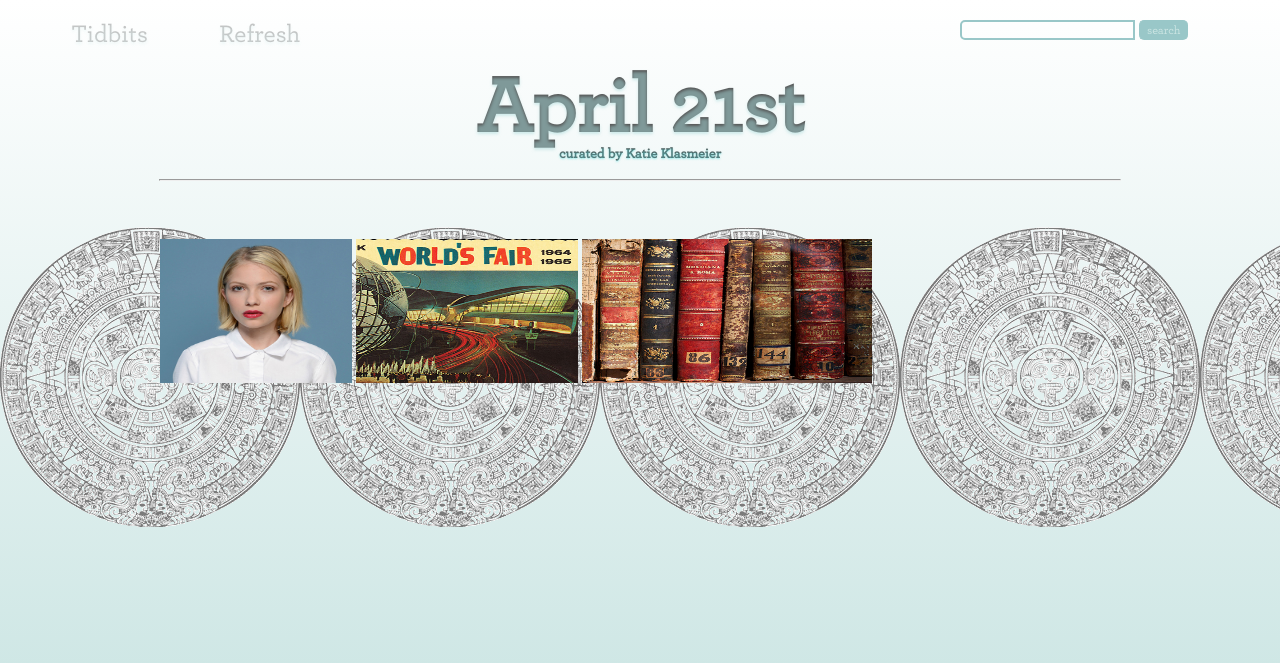
Repository: kklasmei/kklasmei.github.io
Page: tidbits/april21.html
The author's editor kept a record of every edit. The page is drawn from the files as they stood at one moment, then again after the next edit.
The browser window is 1280 px wide. The pictures show the whole page.

Above is the page before.

After the next edit:
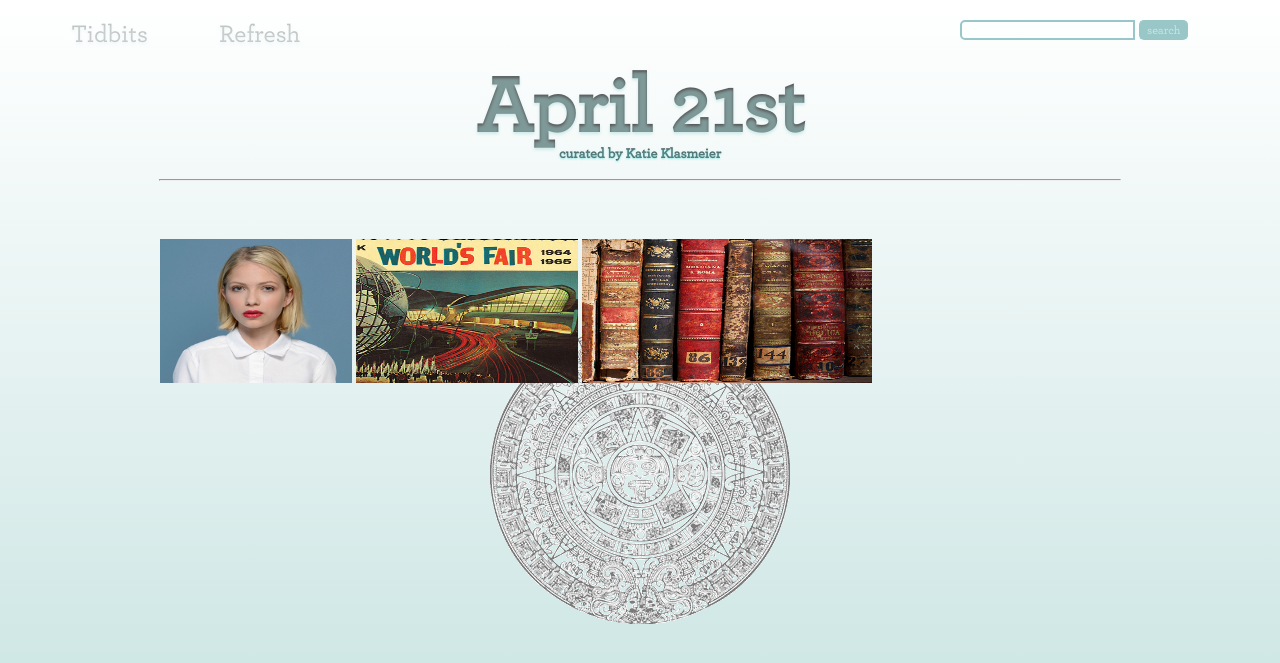
The edit:
--- a/tidbits/tidbits.css
+++ b/tidbits/tidbits.css
@@ -44,6 +44,9 @@
  background-image: url("imgs/mayan.gif"), no-repeat -webkit-gradient(linear, 0 0, 0 100%, from(#fff), to(#cbe5e3)) fixed center;
  background-image: url("imgs/mayan.gif"), -webkit-linear-gradient(#fff, #cbe5e3) fixed center;
  background-image: url("imgs/mayan.gif"), linear-gradient(#fff, #cbe5e3);
+    background-repeat: no-repeat, no-repeat, no-repeat;
+    background-position: center;
+
 }
 
 
